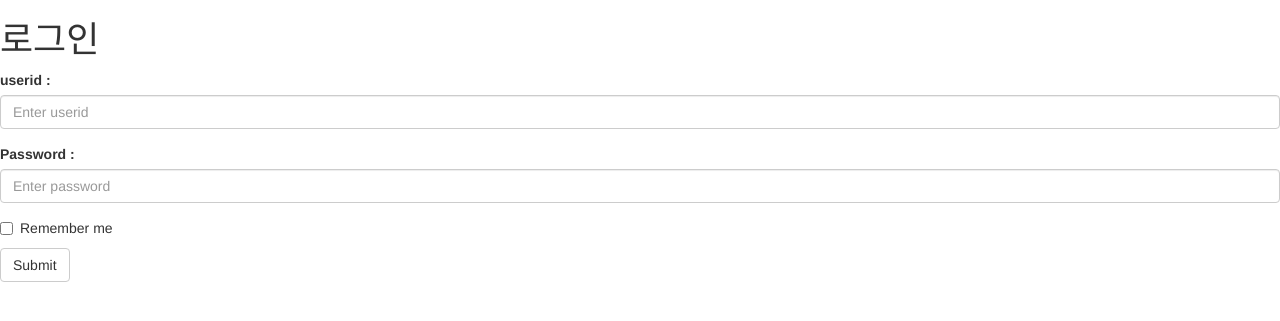
Repository: yjeongyjeong/jsp
Page: http://localhost/web-study-09-re/login.do
An editor plug-in stored every save of this project. The page is shown before and after the next save, followed by the edit.
The browser window is 1280 px wide. The pictures show the whole page.
The page is served by Tomcat 9.

Above is the page before, as saved 2023-10-16 02:51:45.

After the next save:
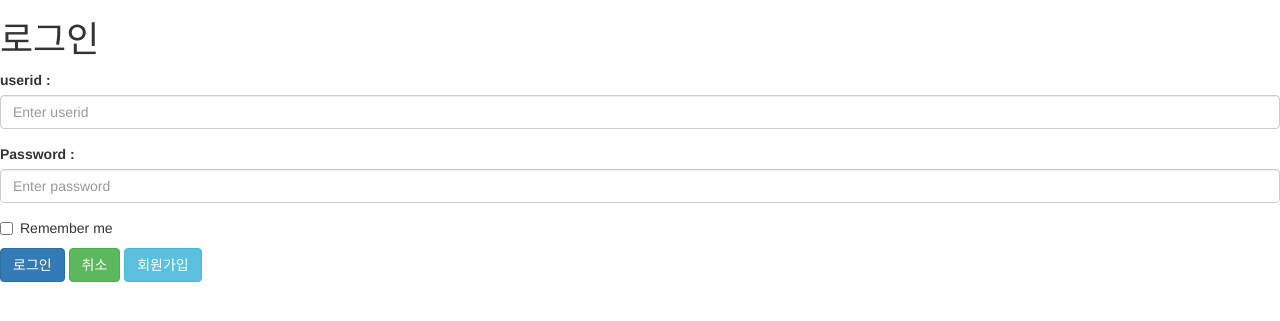
Saved 64 s later.
--- a/web-study-09-re/src/main/webapp/member/login.jsp
+++ b/web-study-09-re/src/main/webapp/member/login.jsp
@@ -32,7 +32,9 @@
 			<label><input type="checkbox" name="remember">
 				Remember me</label>
 		</div>
-		<button type="submit" class="btn btn-default">Submit</button>
+		<button type="button" class="btn btn-primary">로그인</button>
+<button type="button" class="btn btn-success">취소</button>
+<button type="button" class="btn btn-info">회원가입</button>
 
 
 
